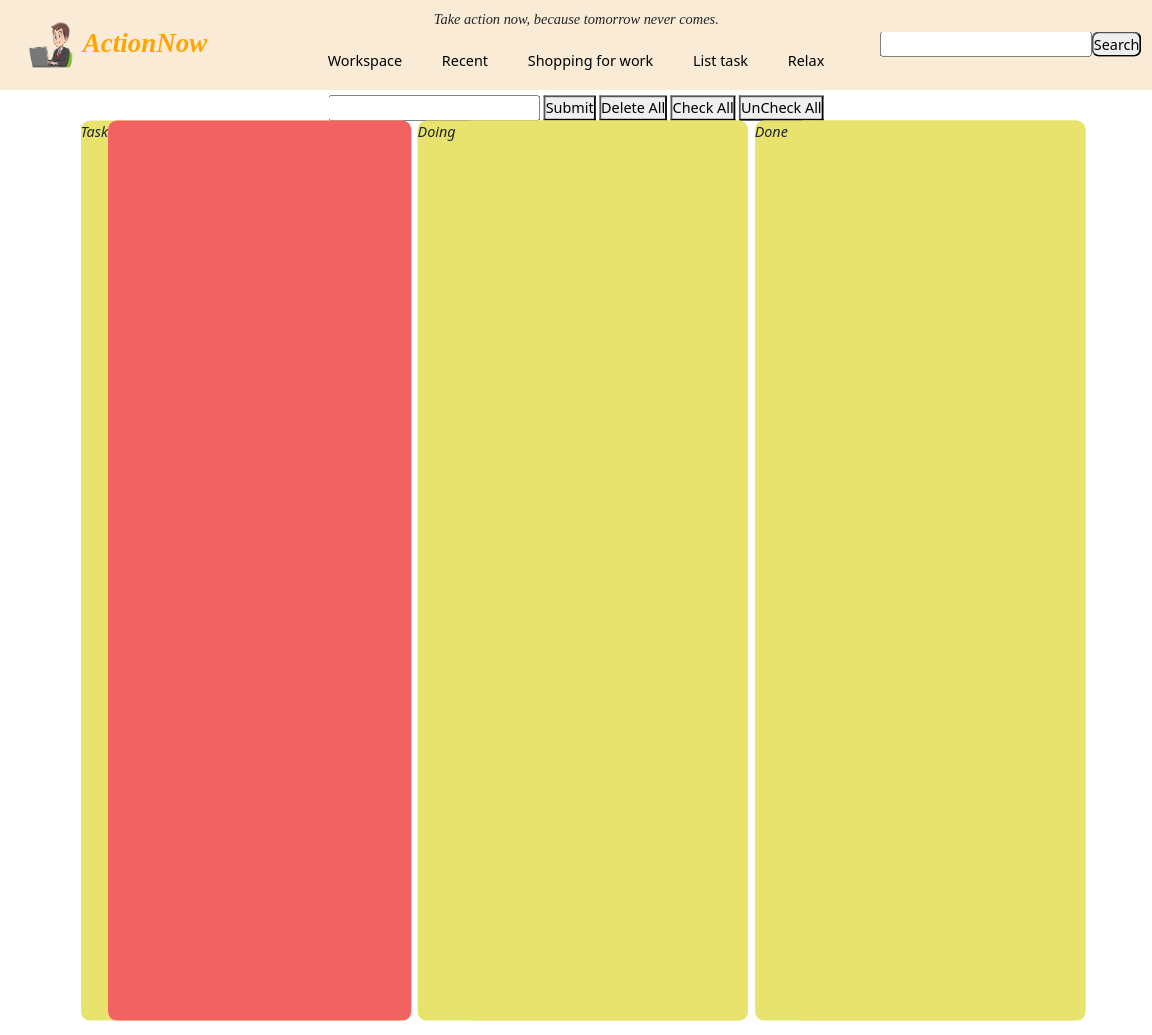
Repository: huavantinh/todo
Page: index.html
An editor plug-in stored every save of this project. The page is shown before and after the next save, followed by the edit.
The browser window is 1280 px wide. The pictures show the whole page, at 90% of full size.

Above is the page before, as saved 2023-04-07 09:46:44.

After the next save:
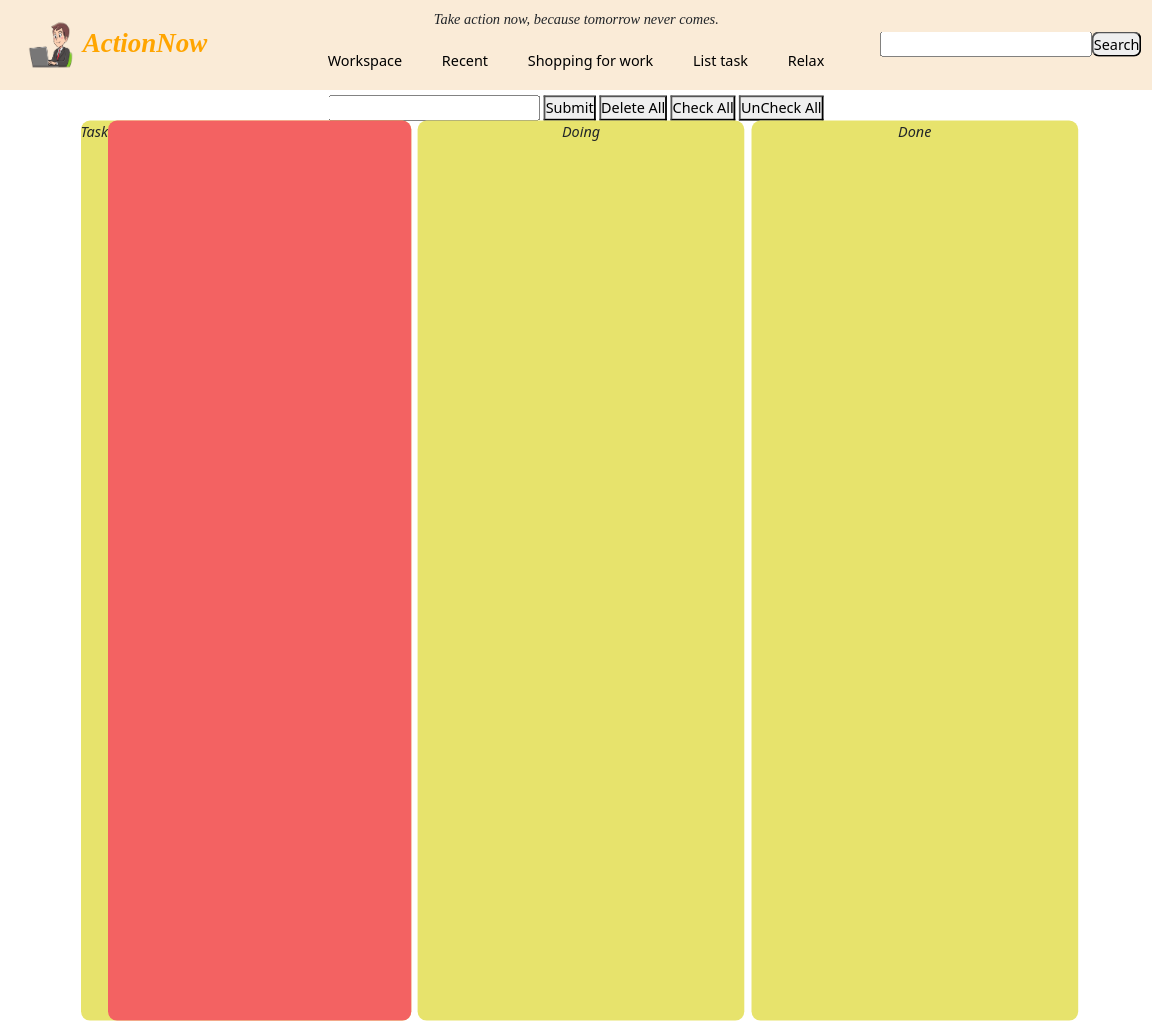
Saved 24 s later.
--- a/css/style.css
+++ b/css/style.css
@@ -189,7 +189,7 @@ body{
 
 
 
-#idoing{
+/* #idoing{
     display: flex;
     float: left;
     width: calc(1116px / 3 - 5px );
@@ -199,7 +199,7 @@ body{
     border-radius: 10px;
     margin-left: 7.5px;
 
-}
+} */
 
 #idoing i{
     width: 30%;
@@ -207,8 +207,7 @@ body{
 }
 
 
-#done{
-    /* position: relative; */
+/* #done{
     display: flex;
     justify-content: center;
     float:right;
@@ -219,4 +218,4 @@ body{
 
     background-color: rgb(105, 252, 107);
 
-}
+} */
